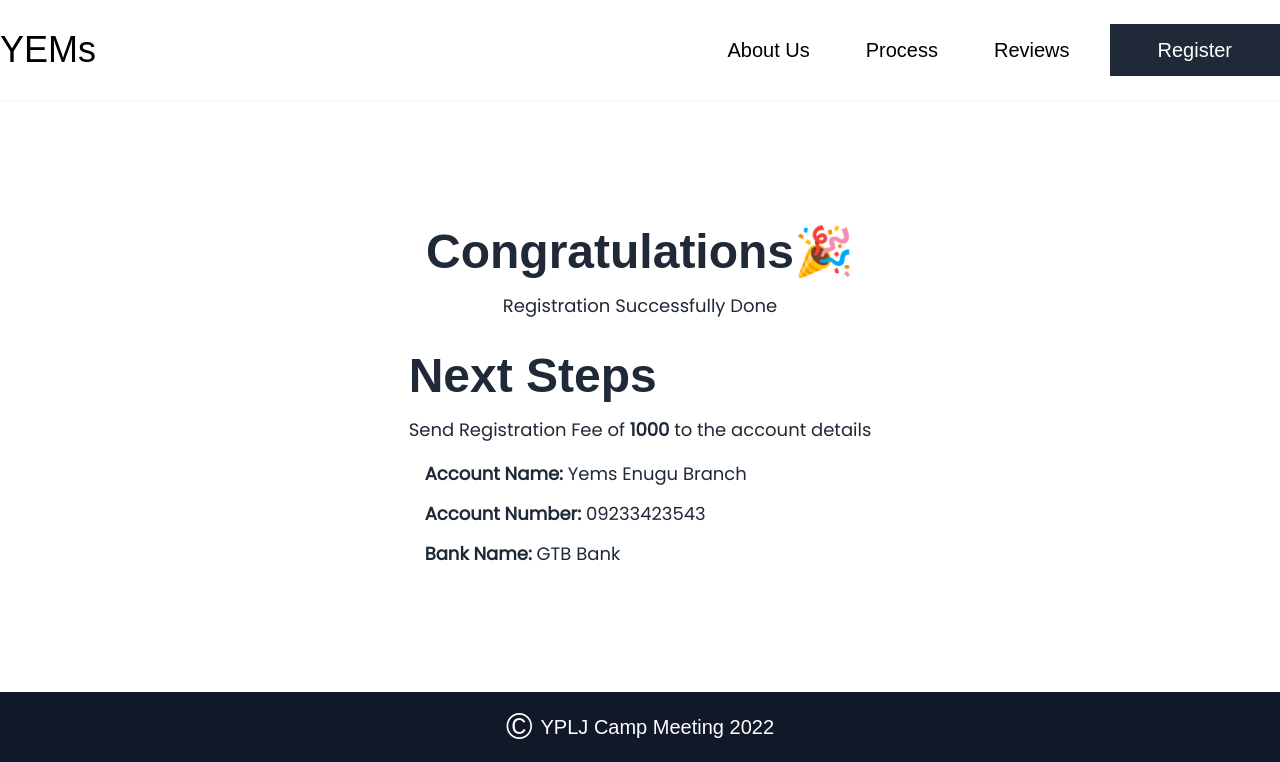
Repository: Ifenna-Pascal/user-camp-onboarding
Page: /dashboard
These files come from the project's save history. The page is drawn as it stood at one moment and after the next save; the edit follows.
The browser window is 1280 px wide. The pictures show the whole page.
Some web fonts or font styles are not loaded; a fallback is used. The project was rebuilt for these pictures with package versions that can differ from the ones it lists, and the page was loaded fresh each time. The framework's server and built-in components were replaced by stand-ins that run in the browser. Also part of the build but not shown: next.config.js.

Above is the page before, as saved 2022-11-27 08:18:55.

After the next save:
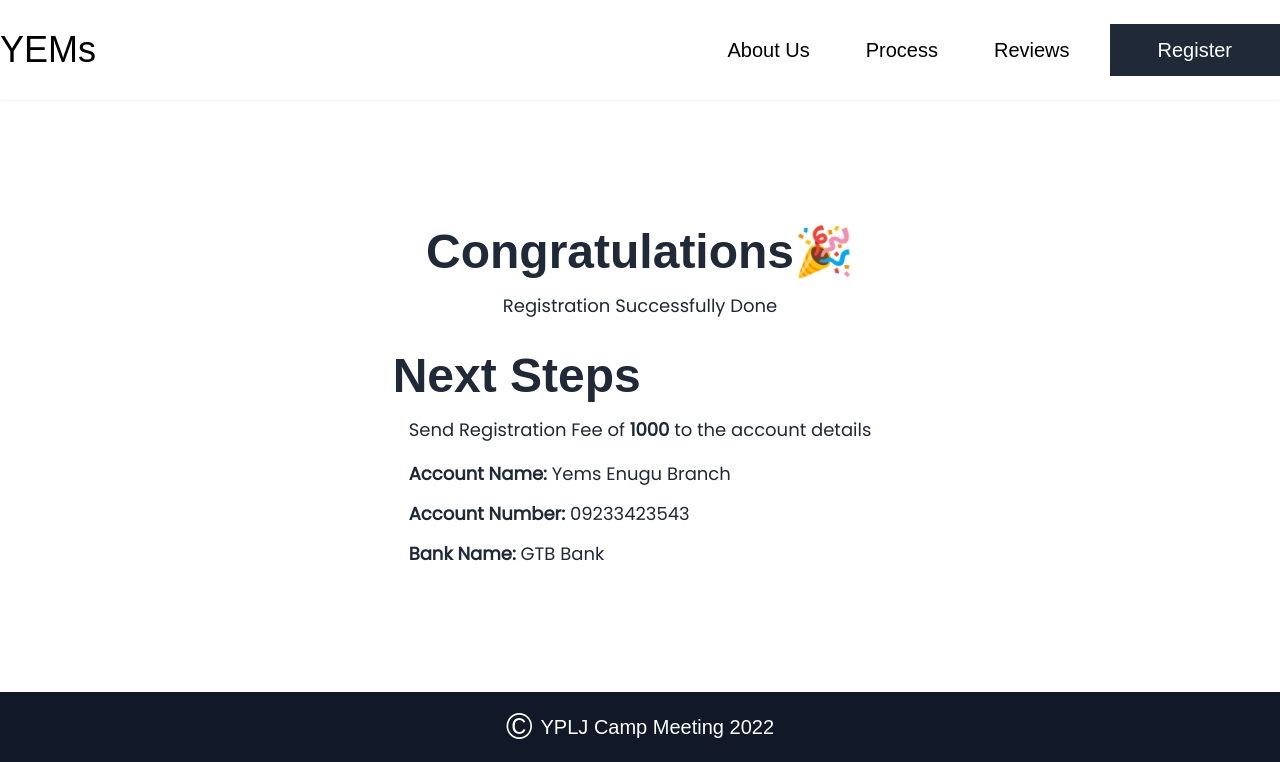
Saved 9 s later.
--- a/pages/dashboard.jsx
+++ b/pages/dashboard.jsx
@@ -13,7 +13,7 @@ function Dashboard() {
         <h1 className="text-gray-800 text-center pt-4 lg:text-left text-2xl lg:text-5xl font-semibold font-sono block ">
           Next Steps{" "}
         </h1>
-        <p className="block text-base  lg:text-lg text-left font-poppins text-gray-800 leading-[30px] py-2 lg:py-4">
+        <p className="block text-base  lg:text-lg text-left px-4 font-poppins text-gray-800 leading-[30px] py-2 lg:py-4">
           Send Registration Fee of <strong>1000</strong> to the account details
         </p>
         <div className="px-4">
